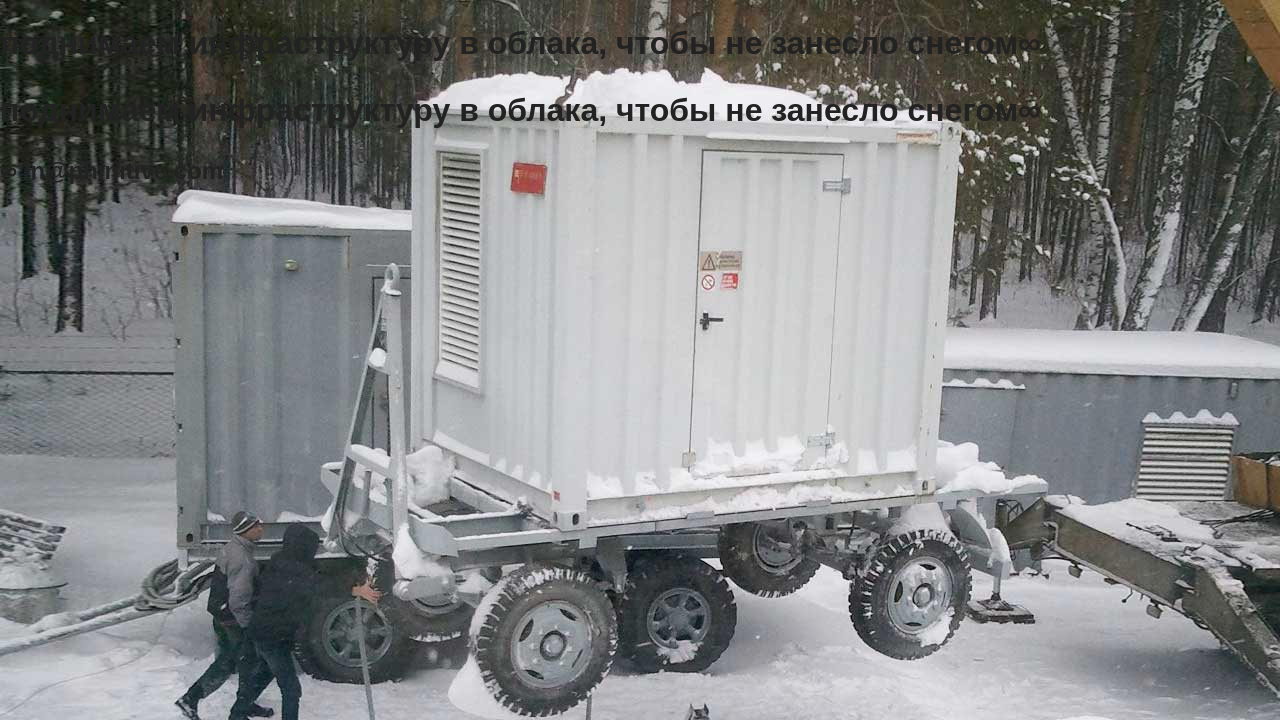
Repository: ptmt/phinitive
Page: index.html
These files come from the project's save history. The page is drawn as it stood at one moment and after the next save; the edit follows.
The browser window is 1280 px wide. The pictures show the whole page.
Some web libraries are served in a nearby version.

Above is the page before, as saved 2012-11-20 14:47:27.

### index.html
<!DOCTYPE html>
<html class="no-js">
    <head>
        <meta charset="utf-8">
        <meta http-equiv="X-UA-Compatible" content="IE=edge,chrome=1">
        <title>&phi;&nbsp;&ndash;&nbsp;это финитив. </title>
        <meta name="description" content="">
        <meta name="viewport" content="width=device-width">

        <link rel="stylesheet" href="css/normalize.min.css">
        <link rel="stylesheet" href="css/main.css">
        <script type="text/javascript">
          var _gaq = _gaq || []; _gaq.push(['_setAccount', 'UA-28290969-1']);_gaq.push(['_trackPageview']);

          (function() {
            var ga = document.createElement('script'); ga.type = 'text/javascript'; ga.async = true;
            ga.src = ('https:' == document.location.protocol ? 'https://ssl' : 'http://www') + '.google-analytics.com/ga.js';
            var s = document.getElementsByTagName('script')[0]; s.parentNode.insertBefore(ga, s);
          })();

        </script>
        <script src="js/vendor/modernizr-2.6.1.min.js"></script>
    </head>
    <body>
        <div class="phi">
            <h1>У нас и портфолио-то нормального нет.</h1>
            <h1>Но мы довольно давно делаем всякие разные сайты.</h1>
            <h2>&infin; in@phinitive.com</h2>
        </div>
        <script src="//ajax.googleapis.com/ajax/libs/jquery/1.8.2/jquery.min.js"></script>
        <script>window.jQuery || document.write('<script src="js/vendor/jquery-1.8.2.min.js"><\/script>')</script>
        <script src="js/main.js"></script>
    </body>
</html>

### css/main.css
/* ==========================================================================
   HTML5 Boilerplate styles - h5bp.com (generated via initializr.com)
   ========================================================================== */

html,
button,
input,
select,
textarea {
    color: #222;
}

body {
    font-size: 1em;
    line-height: 1.4;
}

::-moz-selection {
    background: #b3d4fc;
    text-shadow: none;
}

::selection {
    background: #b3d4fc;
    text-shadow: none;
}

hr {
    display: block;
    height: 1px;
    border: 0;
    border-top: 1px solid #ccc;
    margin: 1em 0;
    padding: 0;
}

img {
    vertical-align: middle;
}

fieldset {
    border: 0;
    margin: 0;
    padding: 0;
}

textarea {
    resize: vertical;
}

.chromeframe {
    margin: 0.2em 0;
    background: #ccc;
    color: #000;
    padding: 0.2em 0;
}


/* ==========================================================================
   Author's custom styles
   ========================================================================== */















/* ==========================================================================
   Media Queries
   ========================================================================== */

@media only screen and (min-width: 35em) {

}

@media only screen and (-webkit-min-device-pixel-ratio: 1.5),
       only screen and (min-resolution: 144dpi) {

}

/* ==========================================================================
   Helper classes
   ========================================================================== */

.ir {
    background-color: transparent;
    border: 0;
    overflow: hidden;
    *text-indent: -9999px;
}

.ir:before {
    content: "";
    display: block;
    width: 0;
    height: 100%;
}

.hidden {
    display: none !important;
    visibility: hidden;
}

.visuallyhidden {
    border: 0;
    clip: rect(0 0 0 0);
    height: 1px;
    margin: -1px;
    overflow: hidden;
    padding: 0;
    position: absolute;
    width: 1px;
}

.visuallyhidden.focusable:active,
.visuallyhidden.focusable:focus {
    clip: auto;
    height: auto;
    margin: 0;
    overflow: visible;
    position: static;
    width: auto;
}

.invisible {
    visibility: hidden;
}

.clearfix:before,
.clearfix:after {
    content: " ";
    display: table;
}

.clearfix:after {
    clear: both;
}

.clearfix {
    *zoom: 1;
}

/* ==========================================================================
   Print styles
   ========================================================================== */

@media print {
    * {
        background: transparent !important;
        color: #000 !important; /* Black prints faster: h5bp.com/s */
        box-shadow:none !important;
        text-shadow: none !important;
    }

    a,
    a:visited {
        text-decoration: underline;
    }

    a[href]:after {
        content: " (" attr(href) ")";
    }

    abbr[title]:after {
        content: " (" attr(title) ")";
    }

    /*
     * Don't show links for images, or javascript/internal links
     */

    .ir a:after,
    a[href^="javascript:"]:after,
    a[href^="#"]:after {
        content: "";
    }

    pre,
    blockquote {
        border: 1px solid #999;
        page-break-inside: avoid;
    }

    thead {
        display: table-header-group; /* h5bp.com/t */
    }

    tr,
    img {
        page-break-inside: avoid;
    }

    img {
        max-width: 100% !important;
    }

    @page {
        margin: 0.5cm;
    }

    p,
    h2,
    h3 {
        orphans: 3;
        widows: 3;
    }

    h2,
    h3 {
        page-break-after: avoid;
    }
}

Loaded but not shown: css/normalize.min.css (library); js/vendor/modernizr-2.6.1.min.js (library); js/main.js (common file)

After the next save:
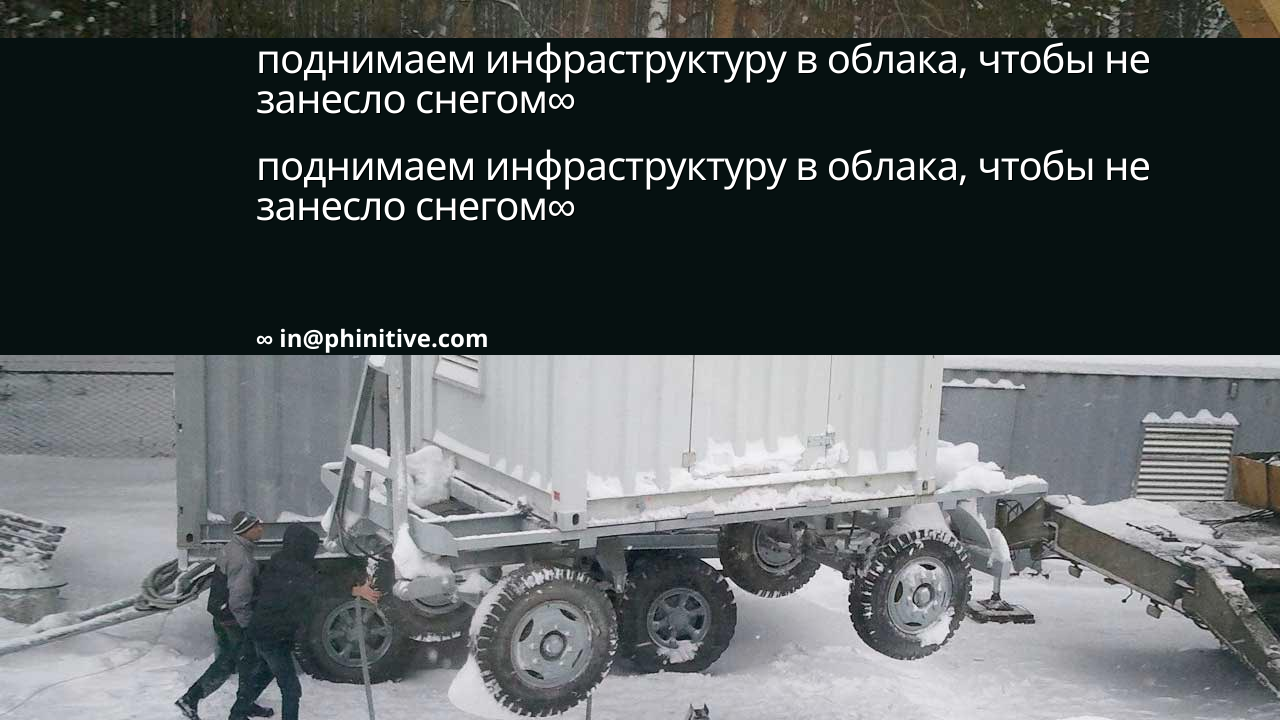
Saved 4 s later.
--- a/css/main.css
+++ b/css/main.css
@@ -48,20 +48,14 @@
     resize: vertical;
 }
 
-.chromeframe {
-    margin: 0.2em 0;
-    background: #ccc;
-    color: #000;
-    padding: 0.2em 0;
-}
-
-
 /* ==========================================================================
    Author's custom styles
    ========================================================================== */
 
-
-
+body {background: #061111;font-family: "Segoe UI", Sans-Serif;color: #fff;}
+.phi {max-width: 80%;margin: 3% 0 0 20%;}
+h1 {font-weight: normal;font-size: 2.5em;line-height: 1; text-shadow: 1px 1px 0 #000;letter-spacing: -1px;}
+h2 {font-weight:bold; font-size:24px; margin:4em 0 0}
 
 
 
